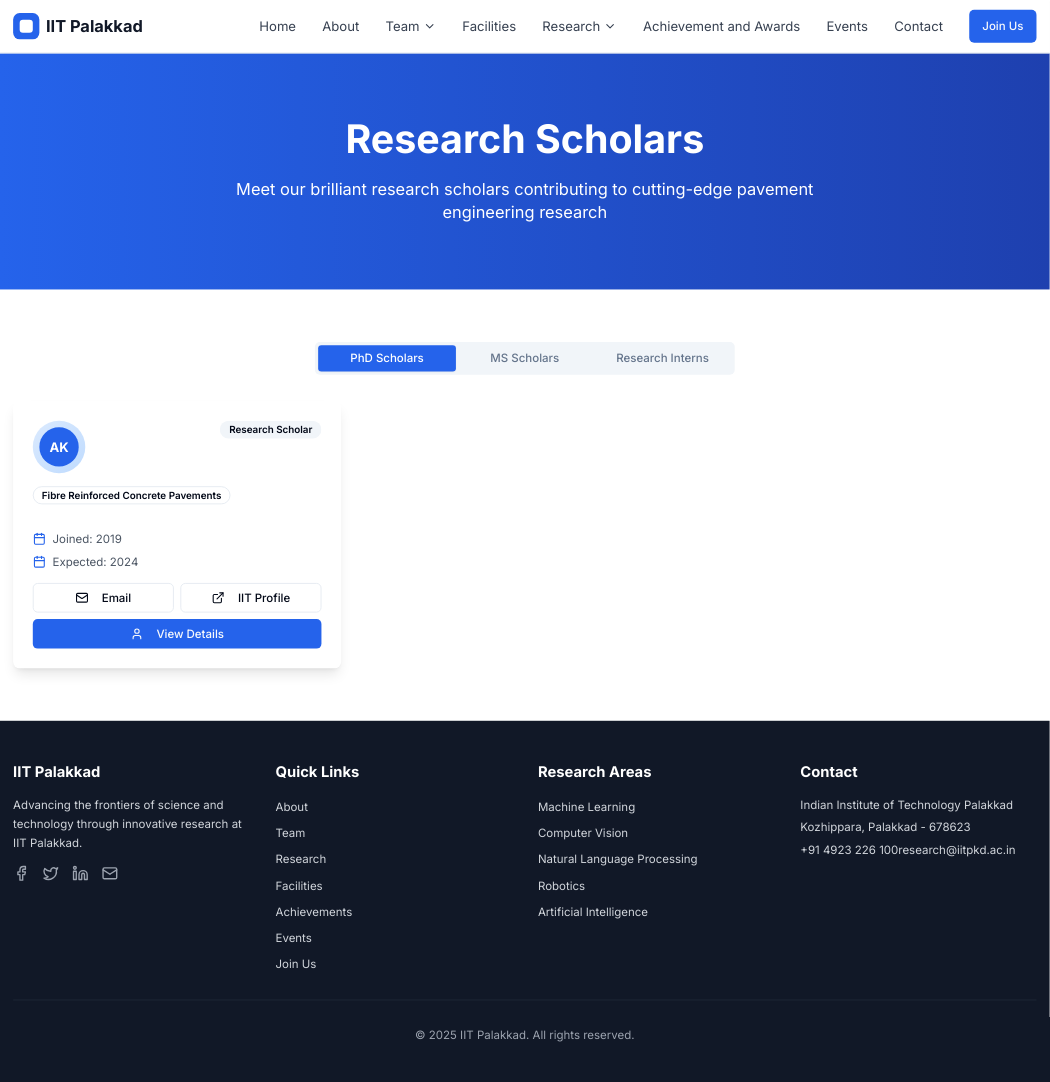
Repository: Gopikrish-30/ARISE
Page: /team/scholars
An editor plug-in stored every save of this project. The page is shown before and after a run of saves, followed by the edit.
The browser window is 1280 px wide. The pictures show the whole page, at 82% of full size.
The project was rebuilt for these pictures with package versions that can differ from the ones it lists, and the page was loaded fresh each time. The framework's server and built-in components were replaced by stand-ins that run in the browser. Also part of the build but not shown: next.config.mjs, components/ui/dialog.tsx.

Above is the page before, as saved 2025-06-22 23:55:11.

After the next 2 saves:
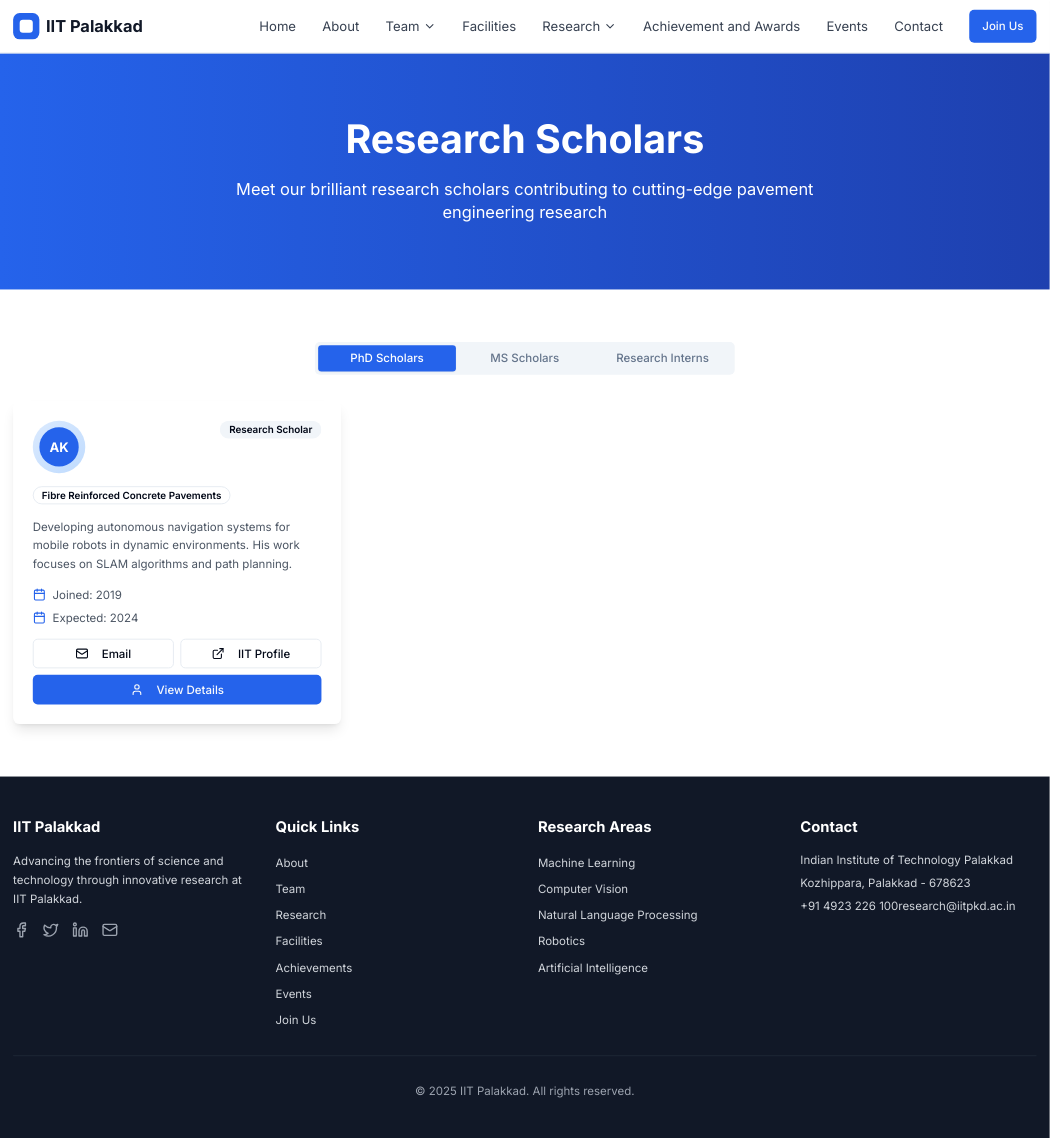
The 2 saves are shown as one change because they came seconds apart.
The last was saved 4 s later.
--- a/components/research-scholars-grid.tsx
+++ b/components/research-scholars-grid.tsx
@@ -18,6 +18,7 @@
       interests: ["Fibre Reinforced Concrete Pavements"],
       joiningDate: "2019",
       expectedCompletion: "2024",
+      bio: "Developing autonomous navigation systems for mobile robots in dynamic environments. His work focuses on SLAM algorithms and path planning.",
 
       email: "101914001@smail.iitpkd.ac.in",
       phone: "+91 9876543210",
